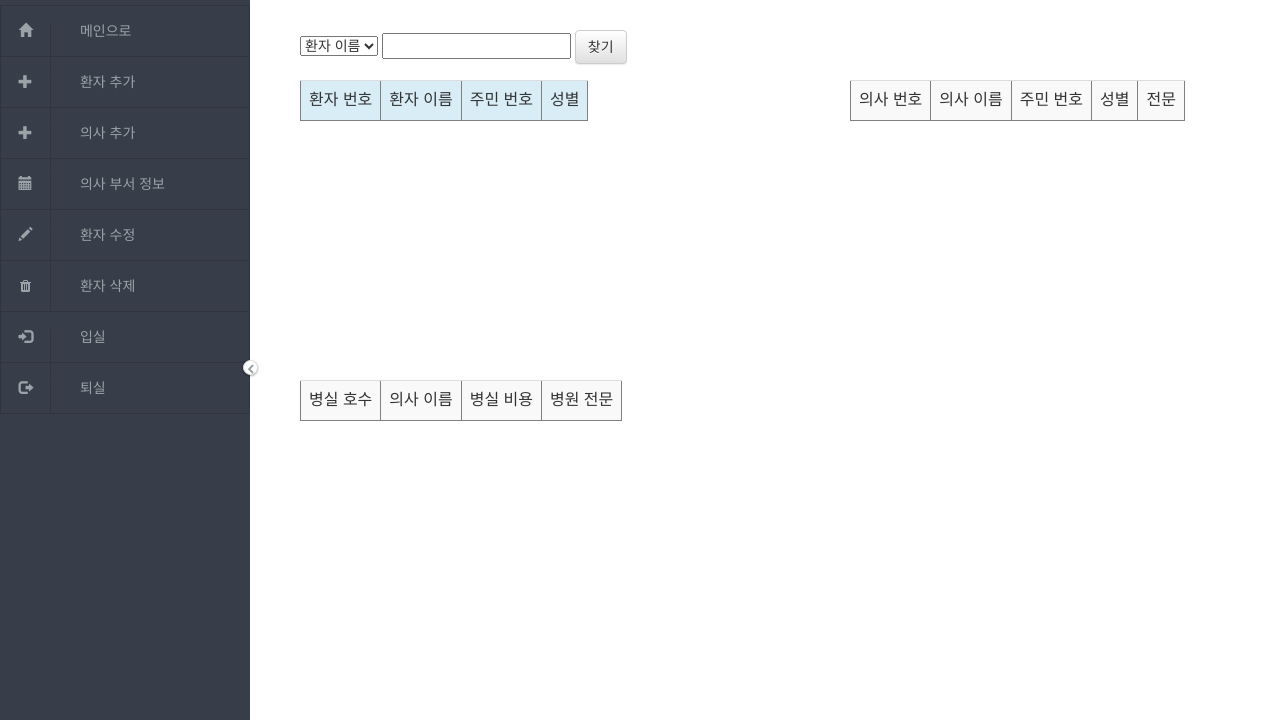
Repository: qaws1134/Hospital_manager
Page: http://localhost/project/main.jsp
These files come from the project's save history. The page is drawn as it stood at one moment and after the next save; the edit follows.
The browser window is 1280 px wide. The pictures show the whole page.
Some web libraries are served in a nearby version. The page is served by Tomcat 9. The template is opened directly, without the code that normally fills it, so the values that code supplies are empty.

Above is the page before, as saved 2017-12-09 16:34:10.
Console error (its wording comes from the project's code and is left out).

After the next save:
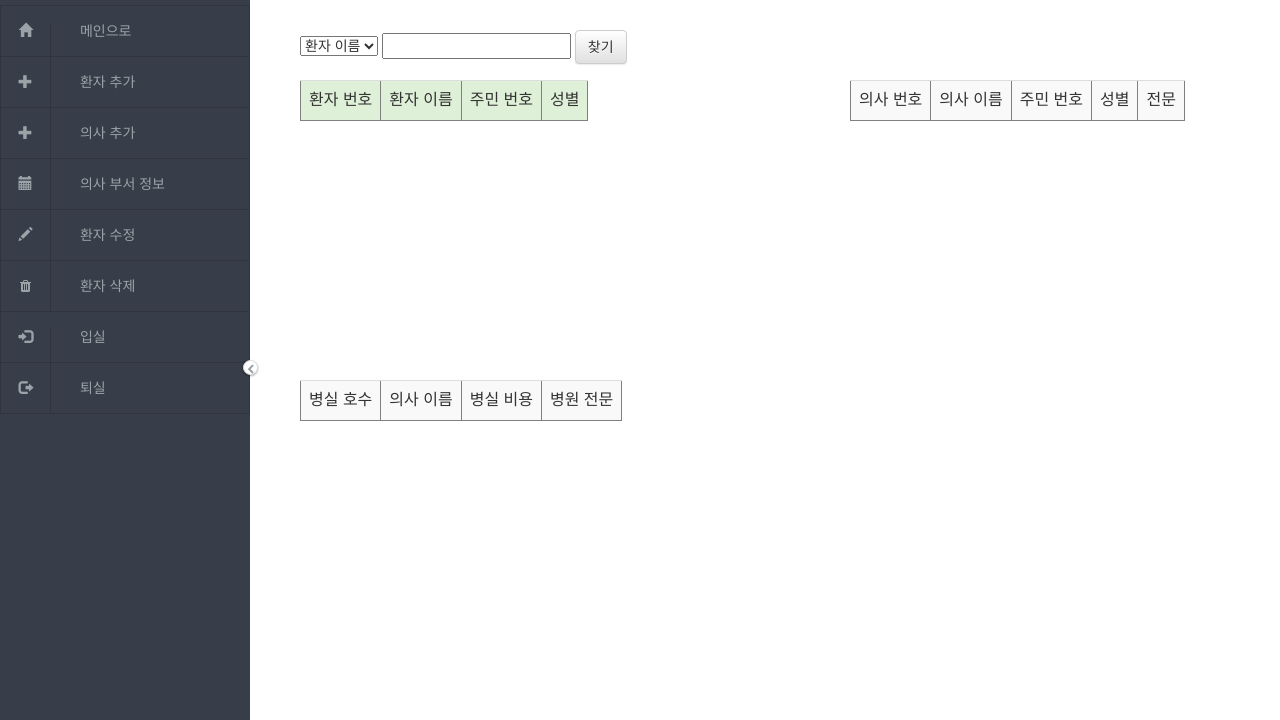
Saved 15 s later.
--- a/project/WebContent/main.jsp
+++ b/project/WebContent/main.jsp
@@ -221,7 +221,7 @@ nav ul li a span {
 <!-- 환자 정보	 -->
 <section style="position:absolute; top:80px;left:300px">
       <table border="1" class="table table-striped">
-      	<tr class="info">
+      	<tr  class="success">
       		<td>환자 번호</td>
       		<td>환자 이름</td>
       		<td>주민 번호</td>
